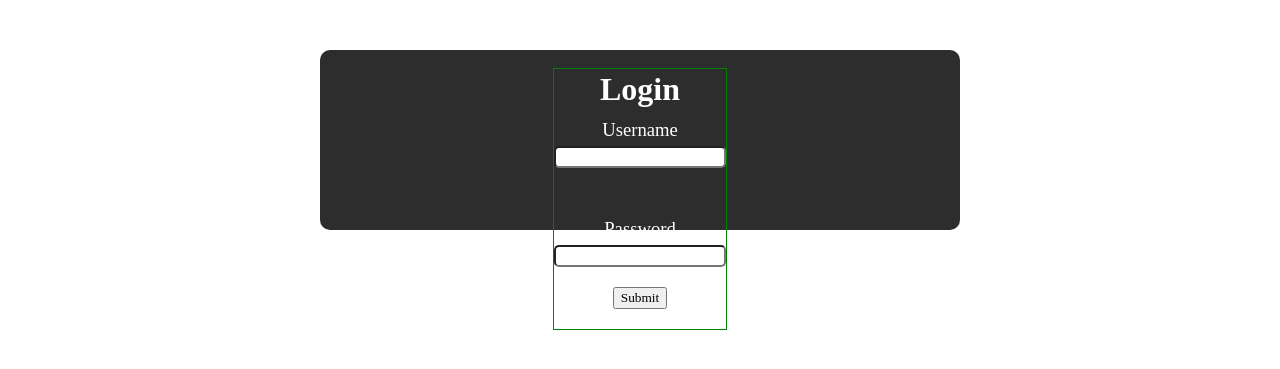
Repository: rdf004/playfab_blackjack
Page: /
An editor plug-in stored every save of this project. The page is shown before and after the next save, followed by the edit.
The browser window is 1280 px wide. The pictures show the whole page.
Some web fonts or font styles are not loaded; a fallback is used. The project was rebuilt for these pictures with package versions that can differ from the ones it lists, and the page was loaded fresh each time. Also part of the build but not shown: src/Components/App.js.

Above is the page before, as saved 2020-05-07 20:30:49.

### src/index.js
import React from 'react';
import ReactDOM from 'react-dom';
import './Style/style.css';
import App from './Components/App';
import Login from './Components/Login';
import * as serviceWorker from './serviceWorker';

ReactDOM.render(
  <React.StrictMode>
    <Login />
  </React.StrictMode>,
  document.getElementById('root')
);

// If you want your app to work offline and load faster, you can change
// unregister() to register() below. Note this comes with some pitfalls.
// Learn more about service workers: https://bit.ly/CRA-PWA
serviceWorker.unregister();

### src/Style/style.css
.login-page {

}

.login-div {
    background-color: #2D2D2D;
    width: 50vw;
    height: 25vh;
    display: grid;
    text-align: center;
    grid-template-columns: 100%;
    grid-template-rows: 10% auto;
    margin: auto;
    margin-top: 50px;

    border-radius: 10px;
}

.form-div {
    margin-top: 50px;
}

.login-form {
    margin: auto;
    border: 1px solid green;
}

.login-item {
    margin: auto;
    color: white;
}

.login-button {
    margin: 20px auto;
}

.login-input {
    border-radius: 5px;
}

.login-field {
    margin: 5px;
    font-size: 14pt;
}

.login-title {
    color: white;
    font-size: 2rem;
}


html, body {
    margin:0;
    padding:0;
    width:100%;
    height:100%;
    overflow: auto;
}

@font-face {
    font-family: "San Francisco";
    font-weight: 400;
    src: url("https://applesocial.s3.amazonaws.com/assets/styles/fonts/sanfrancisco/sanfranciscodisplay-regular-webfont.woff");
}

* {
    font-family: "San Francisco";
}

### src/Components/Login.js
import React from 'react';
import '../Style/style.css';

class Login extends React.Component {

    render() {
        return(
            <div className="login-page">
                <div className="login-div">
                    <div>
                        <h1 className="login-title">Login</h1>
                    </div>
                    <form className="login-form">
                        <div className="form-div">
                            <label className="login-item">
                                <p className="login-field">Username</p>
                                <input className="login-input" type="text" name="username" />
                            </label>
                        </div>
                        <div className="form-div">
                            <label className="login-item">
                                <p className="login-field">Password</p>
                                <input className="login-input" type="text" name="password" />
                            </label>
                        </div>
                        <input className="login-button" type="submit" value="Submit" />
                    </form>
                </div>
            </div>
        );
    }

}

export default Login;

Loaded but not shown: public/index.html (common file); src/serviceWorker.js (common file)

After the next save:
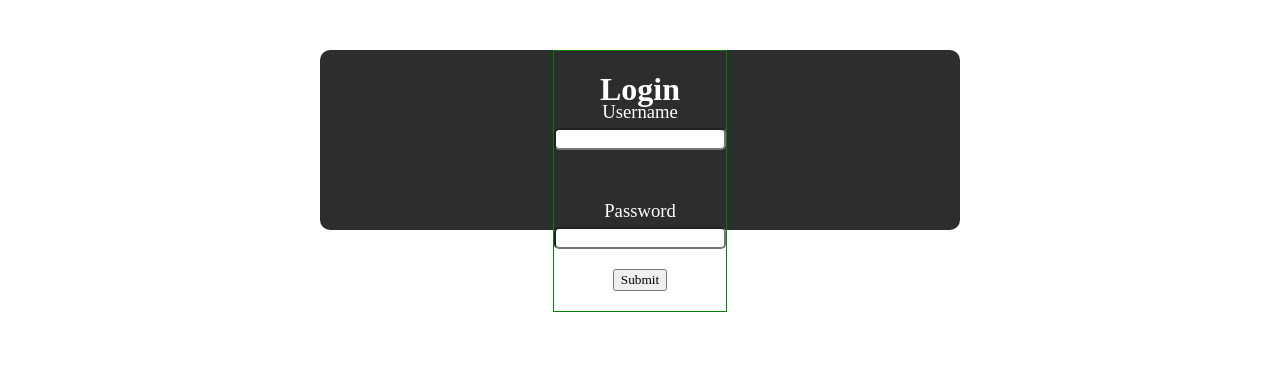
Saved 5 s later.
--- a/src/Style/style.css
+++ b/src/Style/style.css
@@ -9,7 +9,7 @@
     display: grid;
     text-align: center;
     grid-template-columns: 100%;
-    grid-template-rows: 10% auto;
+    grid-template-rows: 0% auto;
     margin: auto;
     margin-top: 50px;
 
